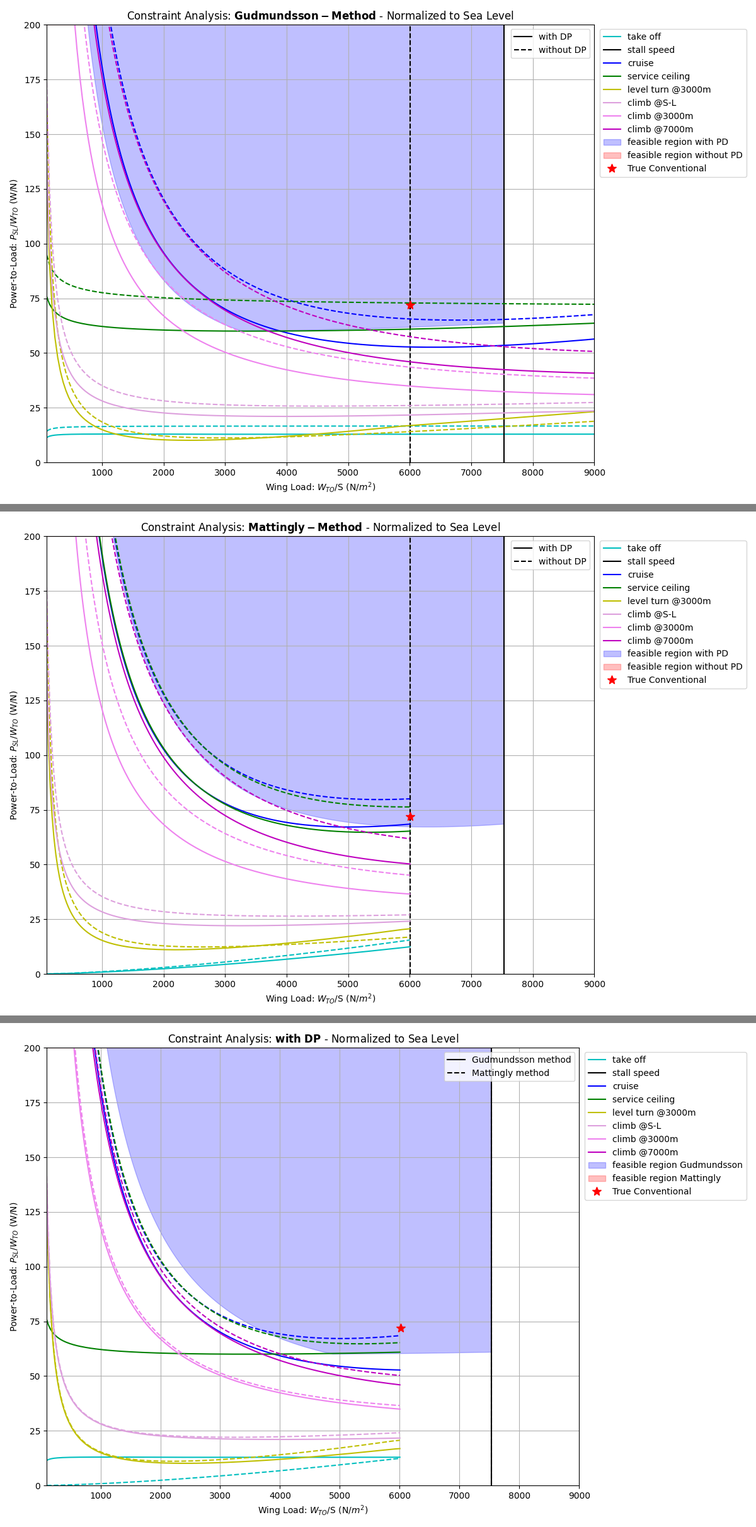
Repository: 12libao/DEA
Script's output: python Sizing_Method/ConstrainsAnalysis/ConstrainsAnalysisPD.py
These files come from the project's save history. The script's output is drawn as it stood at one moment and after the next save; the edit follows.
The pictures are shown at 63% of full size.
Each picture stacks the figures in order, with grey between them; figures that are only written to a file come last. Random numbers start from a fixed seed.

Above is the script's output before, as saved 2021-07-14 16:10:08.

### Sizing_Method/ConstrainsAnalysis/ConstrainsAnalysisPD.py
# author: Bao Li #
# Georgia Institute of Technology #
import sys
import os

sys.path.insert(0, os.getcwd())

import numpy as np
import matplotlib.pylab as plt
import Sizing_Method.Other.US_Standard_Atmosphere_1976 as atm
import Sizing_Method.Aerodynamics.ThrustLapse as thrust_lapse
import Sizing_Method.Aerodynamics.Aerodynamics as ad
import Sizing_Method.ConstrainsAnalysis.ConstrainsAnalysis as ca
from scipy.optimize import curve_fit

"""
The unit use is IS standard
"""
class ConstrainsAnalysis_Mattingly_Method_with_DP:
    """This is a power-based master constraints analysis"""

    def __init__(self, altitude, velocity, beta, wing_load, Hp=0.2, number_of_motor=12, C_DR=0):
        """

        :param beta: weight fraction
        :param Hp: P_motor/P_total
        :param n: number of motor
        :param K1: drag polar coefficient for 2nd order term
        :param K2: drag polar coefficient for 1st order term
        :param C_D0: the drag coefficient at zero lift
        :param C_DR: additional drag caused, for example, by external stores,
        braking parachutes or flaps, or temporary external hardware

        :return:
            power load: P_WTO
        """

        self.h = altitude
        self.v = velocity
        self.rho = atm.atmosphere(geometric_altitude=self.h).density()

        self.beta = beta
        self.hp = Hp
        self.n = number_of_motor

        # power lapse ratio
        self.alpha = thrust_lapse.thrust_lapse_calculation(altitude=self.h,
                                                           velocity=self.v).high_bypass_ratio_turbofan()

        self.k1 = ad.aerodynamics_without_pd(self.h, self.v).K1()
        self.k2 = ad.aerodynamics_without_pd(self.h, self.v).K2()
        self.cd0 = ad.aerodynamics_without_pd(self.h, self.v).CD_0()
        self.cdr = C_DR

        self.w_s = wing_load
        self.g0 = 9.80665

        self.coefficient = (1 - self.hp) * self.beta * self.v / self.alpha

        # Estimation of ΔCL and ΔCD
        pd = ad.aerodynamics_with_pd(self.h, self.v, Hp=self.hp, n=self.n, W_S=self.w_s)
        self.q = 0.5 * self.rho * self.v ** 2
        self.cl = self.beta * self.w_s / self.q
        # print(self.cl)
        self.delta_cl = pd.delta_lift_coefficient(self.cl)
        self.delta_cd0 = pd.delta_CD_0()

    def master_equation(self, n, dh_dt, dV_dt):
        cl = self.cl * n + self.delta_cl

        cd = self.k1 * cl ** 2 + self.k2 * cl + self.cd0 + self.cdr + self.delta_cd0
        p_w = self.coefficient * (self.q / (self.beta * self.w_s) * cd + dh_dt / self.v + dV_dt / self.g0)
        return p_w

    def cruise(self):
        p_w = ConstrainsAnalysis_Mattingly_Method_with_DP.master_equation(self, n=1, dh_dt=0, dV_dt=0)
        return p_w

    def climb(self, roc):
        p_w = ConstrainsAnalysis_Mattingly_Method_with_DP.master_equation(self, n=1, dh_dt=roc, dV_dt=0)
        return p_w

    def level_turn(self, turn_rate=3, v=100):
        """
        assume 2 min for 360 degree turn, which is 3 degree/seconds
        assume turn at 300 knots, which is about 150 m/s
        """
        load_factor = (1 + ((turn_rate * np.pi / 180) * v / self.g0) ** 2) ** 0.5
        p_w = ConstrainsAnalysis_Mattingly_Method_with_DP.master_equation(self, n=load_factor, dh_dt=0, dV_dt=0)
        return p_w

    def take_off(self):
        """
        A320neo take-off speed is about 150 knots, which is about 75 m/s
        required runway length is about 2000 m
        K_TO is a constant greater than one set to 1.2 (generally specified by appropriate flying regulations)
        """
        Cl_max_to = 2.3  # 2.3
        K_TO = 1.2  # V_TO / V_stall
        s_G = 1266
        p_w = 2 / 3 * self.coefficient / self.v * self.beta * K_TO ** 2 / (
                    s_G * self.rho * self.g0 * Cl_max_to) * self.w_s ** (
                      3 / 2)
        return p_w

    def stall_speed(self, V_stall_to=65, Cl_max_to=2.32):
        V_stall_ld = 62
        Cl_max_ld = 2.87

        a = 10
        w_s = 6000
        while a >= 1:
            cl = self.beta * w_s / self.q
            delta_cl = ad.aerodynamics_with_pd(self.h, self.v, Hp=self.hp, n=self.n, W_S=w_s).delta_lift_coefficient(cl)

            W_S_1 = 1 / 2 * self.rho * V_stall_to ** 2 * (Cl_max_to + delta_cl)
            W_S_2 = 1 / 2 * self.rho * V_stall_ld ** 2 * (Cl_max_ld + delta_cl)
            W_S = min(W_S_1, W_S_2)
            a = abs(w_s-W_S)
            w_s = W_S

        return W_S

    def service_ceiling(self, roc=0.5):
        p_w = ConstrainsAnalysis_Mattingly_Method_with_DP.master_equation(self, n=1, dh_dt=roc, dV_dt=0)
        return p_w

    allFuncs = [take_off, stall_speed, cruise, service_ceiling, level_turn, climb]


class ConstrainsAnalysis_Gudmundsson_Method_with_DP:
    """This is a power-based master constraints analysis based on Gudmundsson_method"""

    def __init__(self, altitude, velocity, beta, wing_load, Hp=0.2, number_of_motor=12, e=0.75, AR=10.3):
        """

        :param tau: power fraction of i_th power path
        :param beta: weight fraction
        :param e: wing planform efficiency factor is between 0.75 and 0.85, no more than 1
        :param AR: wing aspect ratio, normally between 7 and 10

        :return:
            power load: P_WTO
        """

        self.h = altitude
        self.v = velocity
        self.beta = beta
        self.w_s = wing_load
        self.g0 = 9.80665

        self.hp = Hp
        self.n = number_of_motor

        self.rho = atm.atmosphere(geometric_altitude=self.h).density()

        # power lapse ratio
        self.alpha = thrust_lapse.thrust_lapse_calculation(altitude=self.h,
                                                           velocity=self.v).high_bypass_ratio_turbofan()
        h = 2.43  # height of winglets
        b = 35.8
        ar_corr = AR * (1 + 1.9 * h / b)  # equation 9-88, If the wing has winglets the aspect ratio should be corrected
        self.k = 1 / (np.pi * ar_corr * e)
        self.coefficient = (1-self.hp) * self.beta * self.v / self.alpha

        # Estimation of ΔCL and ΔCD
        pd = ad.aerodynamics_with_pd(self.h, self.v, Hp=self.hp, n=self.n, W_S=self.w_s)
        self.q = 0.5 * self.rho * self.v ** 2
        cl = self.beta * self.w_s / self.q
        self.delta_cl = pd.delta_lift_coefficient(cl)
        self.delta_cd0 = pd.delta_CD_0()

        # TABLE 3-1 Typical Aerodynamic Characteristics of Selected Classes of Aircraft
        cd_min = 0.02
        cd_to = 0.03
        cl_to = 0.8

        self.v_to = 68
        self.s_g = 1480
        self.mu = 0.04

        self.cd_min = cd_min + self.delta_cd0
        self.cl = cl + self.delta_cl

        self.cd_to = cd_to + self.delta_cd0
        self.cl_to = cl_to + self.delta_cl

    def cruise(self):
        p_w = self.q / self.w_s * (self.cd_min + self.k * self.cl ** 2)
        return p_w * self.coefficient

    def climb(self, roc):
        p_w = roc / self.v + self.q * self.cd_min / self.w_s + self.k * self.cl
        return p_w * self.coefficient

    def level_turn(self, turn_rate=3, v=100):
        """
        assume 2 min for 360 degree turn, which is 3 degree/seconds
        assume turn at 100 m/s
        """
        load_factor = (1 + ((turn_rate * np.pi / 180) * v / self.g0) ** 2) ** 0.5
        q = 0.5 * self.rho * v ** 2
        p_w = q / self.w_s * (self.cd_min + self.k * (load_factor / q * self.w_s + self.delta_cl) ** 2)
        return p_w * self.coefficient

    def take_off(self):
        q = self.q / 2
        p_w = self.v_to ** 2 / (2 * self.g0 * self.s_g) + q * self.cd_to / self.w_s + self.mu * (
                1 - q * self.cl_to / self.w_s)
        return p_w * self.coefficient

    def service_ceiling(self, roc=0.5):
        vy = (2 / self.rho * self.w_s * (self.k / (3 * self.cd_min)) ** 0.5) ** 0.5
        q = 0.5 * self.rho * vy ** 2
        p_w = roc / vy + q / self.w_s * (self.cd_min + self.k * (self.w_s / q + self.delta_cl) ** 2)
        # p_w = roc / (2 / self.rho * self.w_s * (self.k / (3 * self.cd_min)) ** 0.5) ** 0.5 + 4 * (
        #         self.k * self.cd_min / 3) ** 0.5
        return p_w * self.coefficient

    def stall_speed(self, V_stall_to=65, Cl_max_to=2.32):
        V_stall_ld = 62
        Cl_max_ld = 2.87

        a = 10
        w_s = 6000
        while a >= 1:
            cl = self.beta * w_s / self.q
            delta_cl = ad.aerodynamics_with_pd(
                self.h, self.v, Hp=self.hp, n=self.n, W_S=w_s).delta_lift_coefficient(cl)

            W_S_1 = 1 / 2 * self.rho * V_stall_to ** 2 * (Cl_max_to + delta_cl)
            W_S_2 = 1 / 2 * self.rho * V_stall_ld ** 2 * (Cl_max_ld + delta_cl)
            W_S = min(W_S_1, W_S_2)
            a = abs(w_s-W_S)
            w_s = W_S

        return W_S

    allFuncs = [take_off, stall_speed, cruise, service_ceiling, level_turn, climb]


if __name__ == "__main__":
    n = 200
    w_s = np.linspace(100, 9000, n)
    constrains_name = ['take off', 'stall speed', 'cruise', 'service ceiling', 'level turn @3000m',
                       'climb @S-L', 'climb @3000m', 'climb @7000m']
    constrains = np.array([[0, 68, 0.988], [0, 80, 1], [11300, 230, 0.948],
                           [11900, 230, 0.8], [3000, 100, 0.984], [0, 100, 0.984],
                           [3000, 200, 0.975], [7000, 230, 0.96]])
    color = ['c', 'k', 'b', 'g', 'y', 'plum', 'violet', 'm']
    label = ['feasible region with PD', 'feasible region with PD', 'feasible region Gudmundsson',
             'feasible region without PD', 'feasible region without PD', 'feasible region Mattingly']
    m = constrains.shape[0]
    p_w = np.zeros([2 * m, n])

    for k in range(3):
        plt.figure(figsize=(12, 8))
        for i in range(m):
            for j in range(n):
                h = constrains[i, 0]
                v = constrains[i, 1]
                beta = constrains[i, 2]

                if k == 0:
                    problem1 = ConstrainsAnalysis_Gudmundsson_Method_with_DP(h, v, beta, w_s[j])
                    problem2 = ca.ConstrainsAnalysis_Gudmundsson_Method(h, v, beta, w_s[j])
                    plt.title(r'Constraint Analysis: $\bf{Gudmundsson-Method}$ - Normalized to Sea Level')
                elif k == 1:
                    problem1 = ConstrainsAnalysis_Mattingly_Method_with_DP(h, v, beta, w_s[j])
                    problem2 = ca.ConstrainsAnalysis_Mattingly_Method(h, v, beta, w_s[j])
                    plt.title(r'Constraint Analysis: $\bf{Mattingly-Method}$ - Normalized to Sea Level')
                else:
                    problem1 = ConstrainsAnalysis_Gudmundsson_Method_with_DP(h, v, beta, w_s[j])
                    problem2 = ConstrainsAnalysis_Mattingly_Method_with_DP(h, v, beta, w_s[j])
                    plt.title(r'Constraint Analysis: $\bf{with}$ $\bf{DP}$ - Normalized to Sea Level')

                if i >= 5:
                    p_w[i, j] = problem1.allFuncs[-1](problem1, roc=15 - 5 * (i - 5))
                    p_w[i + m, j] = problem2.allFuncs[-1](problem2, roc=15 - 5 * (i - 5))
                else:
                    p_w[i, j] = problem1.allFuncs[i](problem1)
                    p_w[i + m, j] = problem2.allFuncs[i](problem2)

            if i == 1:
                l1a, = plt.plot(p_w[i, :], np.linspace(0, 250, n), color=color[i], label=constrains_name[i])
                l1b, = plt.plot(p_w[i + m, :], np.linspace(0, 250, n), color=color[i], linestyle='--')

                if k != 2:
                    l1 = plt.legend([l1a, l1b], ['with DP', 'without DP'], loc="upper right")
                else:
                    l1 = plt.legend([l1a, l1b], ['Gudmundsson method', 'Mattingly method'], loc="upper right")

            else:
                plt.plot(w_s, p_w[i, :], color=color[i], label=constrains_name[i])
                plt.plot(w_s, p_w[i + m, :], color=color[i], linestyle='--')

        p_w[[0, 1]], p_w[[m, m+1]] = p_w[[1, 0]], p_w[[m+1, m]]
        w_s = np.linspace(100, p_w[0, 1], n)
        plt.fill_between(w_s, np.amax(p_w[1:m, :], axis=0), 200, color='b', alpha=0.25,
                         label=label[k])
        w_s = np.linspace(100, p_w[m, 1], n)
        plt.fill_between(w_s, np.amax(p_w[m:2 * m, :], axis=0), 200, color='r', alpha=0.25,
                         label=label[k + 3])
        plt.plot(6012, 72, 'r*', markersize=10, label='True Conventional')
        plt.xlabel('Wing Load: $W_{TO}$/S (N/${m^2}$)')
        plt.ylabel('Power-to-Load: $P_{SL}$/$W_{TO}$ (W/N)')
        plt.legend(bbox_to_anchor=(1.002, 1), loc="upper left")
        plt.gca().add_artist(l1)
        plt.xlim(100, 9000)
        plt.ylim(0, 200)
        plt.tight_layout()
        plt.grid()
        plt.show()

### Sizing_Method/Other/US_Standard_Atmosphere_1976.py
# author: Bao Li #
# Georgia Institute of Technology #
"""Reference:

1: U.S. Standard Atmosphere, 1976, U.S. Government Printing Office, Washington, D.C., 1976.
2: Mattingly, Jack D., William H. Heiser, and David T. Pratt. Aircraft engine design. American Institute of Aeronautics and Astronautics, 2002.
3: https://en.wikipedia.org/wiki/U.S._Standard_Atmosphere
4: https://en.wikipedia.org/wiki/Barometric_formula
"""

import numpy as np
import matplotlib.pylab as plt


class atmosphere:
    """this is the U.S. Standard Atmosphere 1976 based on the Barometric formula

    1: All of the following is limited to geometric altitudes below 86 km
    2: SI Units
    """

    def __init__(self, geometric_altitude):
        """
        :input h (m): geometric altitude

        :output P (Pa = N/m^2): pressure
                T (K): temperature
                rho (kg/m^3): density
                a (m/s): sound speed

                delta: dimensionless static pressure = P/P0
                theta: dimensionless static temperature = T/T0
                sigma: dimensionless static density = rho/rho0
        """

        # input:
        self.h = geometric_altitude

        # constant:
        self.r0 = 6356577.0  # the earth's radius (m)
        self.R_star = 8.3144598  # universal gas constant (J/mol.K)
        self.g0 = 9.80665  # gravitational acceleration (m/s^2)
        self.M = 0.0289644  # molar mass of Earth's air (kg/mol)

        # sea level (standard)
        self.T0 = 288.15  # sea level temperature (K)
        self.P0 = 101325  # sea level pressure (N/m^2)
        self.rho0 = 1.225  # sea level density (kg/m^3)
        self.a0 = 340.3  # sea level sound speed (m/s)

        # temperature lapse rate (K/m)
        self.lapse_rate = np.array([-0.0065, 0.0, 0.001, 0.0028, 0.0, -0.0028, -0.002])
        # height above sea level for each lapse rate (m)
        self.zi = np.array([0.0, 11000.0, 20000.0, 32000.0, 47000.0, 51000.0, 71000.0, 84853.0])
        # number of piecewise linear curve-fit
        self.n = len(self.lapse_rate)

    def geo_potential_altitude(self):
        z = self.r0 * self.h / (self.r0 + self.h)

        # decide the number of piecewise linear curve-fit
        i = 0
        while self.zi[i] < z:
            i = i + 1

        if i != 0:
            i = i - 1
        return z, i

    def ti(self):
        Ti = np.zeros(self.n)
        Ti[0] = self.T0

        for i in range(self.n - 1):
            Ti[i + 1] = Ti[i] + self.lapse_rate[i] * (self.zi[i + 1] - self.zi[i])
        return Ti

    def temperature(self):
        z, i = atmosphere.geo_potential_altitude(self)
        Ti = atmosphere.ti(self)
        T = Ti[i] + self.lapse_rate[i] * (z - self.zi[i])
        return T

    def pressure(self):
        Ti = atmosphere.ti(self)
        Pi = np.zeros(self.n)
        Pi[0] = self.P0

        for i in range(self.n - 1):
            if self.lapse_rate[i] != 0:
                Pi[i + 1] = Pi[i] * (Ti[i] / Ti[i + 1]) ** (self.g0 * self.M / (self.R_star * self.lapse_rate[i]))
            else:
                Pi[i + 1] = Pi[i] * np.exp(-self.g0 * self.M * (self.zi[i + 1] - self.zi[i]) / (self.R_star * Ti[i]))

        z, i = atmosphere.geo_potential_altitude(self)
        T = atmosphere.temperature(self)

        if self.lapse_rate[i] != 0:
            P = Pi[i] * (Ti[i] / T) ** (self.g0 * self.M / (self.R_star * self.lapse_rate[i]))
        else:
            P = Pi[i] * np.exp(-self.g0 * self.M * (z - self.zi[i]) / (self.R_star * Ti[i]))
        return P

    def density(self):
        P = atmosphere.pressure(self)
        T = atmosphere.temperature(self)
        rho = P * self.M / (self.R_star * T)
        return rho

    def sound_speed(self):
        T = atmosphere.temperature(self)
        a = self.a0 * (T / self.T0) ** 0.5
        return a

    def dimensionless_static_pressure(self):
        P = atmosphere.pressure(self)
        delta = P / self.P0
        return delta

    def dimensionless_static_temperature(self):
        T = atmosphere.temperature(self)
        theta = T / self.T0
        return theta

    def dimensionless_static_density(self):
        rho = atmosphere.density(self)
        sigma = rho / self.rho0
        return sigma


if __name__ == '__main__':
    nn = 1000

    h = np.linspace(0, 86000, nn)
    T = np.zeros(nn)
    P = np.zeros(nn)
    rho = np.zeros(nn)
    a = np.zeros(nn)

    for i in range(nn):
        prob = atmosphere(geometric_altitude=h[i])
        T[i] = prob.temperature()
        P[i] = prob.pressure()
        rho[i] = prob.density()
        a[i] = prob.sound_speed()

    fig, ax = plt.subplots(1, 4, figsize=(12, 10))
    st = fig.suptitle("U.S. STANDARD ATMOSPHERE (1976)", fontsize=20)

    ax[0].plot(T, h / 1000, 'b-', linewidth=1.5, label='cruise')
    ax[0].set_xlabel('Temperature: T (K)')
    ax[0].set_ylabel('Altitude: h (km)')

    ax[1].plot(a, h / 1000, 'y-', linewidth=1.5, label='turn')
    ax[1].set_xlabel('Sound Speed: a (m/s)')

    ax[2].plot(P, h / 1000, 'k-', linewidth=1.5, label='constant speed climb')
    ax[2].set_xlabel('Pressure: P (N/${m^2}$)')

    ax[3].plot(rho, h / 1000, 'g-', linewidth=1.5, label='turn')
    ax[3].set_xlabel('Density: rho (Kg/${m^3}$)')

    # shift subplots down:
    st.set_y(0.96)
    fig.subplots_adjust(top=0.90)
    plt.show()

### Sizing_Method/Aerodynamics/ThrustLapse.py
# author: Bao Li #
# Georgia Institute of Technology #
"""reference

1. Mattingly, Jack D., William H. Heiser, and David T. Pratt. Aircraft engine design. American Institute of Aeronautics and Astronautics, 2002.
"""
import sys
import os

sys.path.insert(0, os.getcwd())

import numpy as np
import matplotlib.pylab as plt
import Sizing_Method.Other.US_Standard_Atmosphere_1976 as atm
import Sizing_Method.Aerodynamics.MachNmuber as Mach


class thrust_lapse_calculation:
    """Estimation for installation losses

    1. The following algebraic equations for installed engine thrust lapse
        are based on the expected performance of advanced engines
    """

    def __init__(self, altitude, velocity):
        """

        :input h (m): altitude
               v (m/s): velocity


        :output thrust_lapse (alpha): thrust lapse ratio
        """

        self.h = altitude
        self.v = velocity

        self.gamma = 1.4  # Ratio of Specific Heats: atmospheric air ( gamma = 1.4)
        self.atoms = atm.atmosphere(self.h)
        self.M = Mach.mach(self.h, self.v).mach_number()

        self.theta = self.atoms.dimensionless_static_temperature()  # dimensionless static temperature
        self.delta = self.atoms.dimensionless_static_pressure()  # dimensionless static pressure

        self.theta_0_break = 1.072  # The Theta Break: assume = 1.0 (from reference 1: Mattingly)
        self.TR = self.theta_0_break  # The Throttle Ratio (from Equation D.6 reference 1: Mattingly)

        self.theta_0 = self.theta * (1 + 0.5 * (self.gamma - 1) * self.M ** 2)
        self.delta_0 = self.delta * (1 + 0.5 * (self.gamma - 1) * self.M ** 2) ** (self.gamma / (self.gamma - 1))

    def high_bypass_ratio_turbofan(self):
        """the engine for A320neo is a high bypass ratio turbofan

        from Equation 2.53 reference 1: Mattingly
        """

        if self.theta_0 <= self.TR:
            thrust_lapse = self.delta_0 * (1 - 0.49 * self.M ** 0.5)
        else:
            thrust_lapse = self.delta_0 * (1 - 0.49 * self.M ** 0.5 - 3 * (self.theta_0 - self.TR) / (1.5 + self.M))

        return thrust_lapse


if __name__ == '__main__':
    nn = 100
    h = [0, 500, 3000, 6000, 9000, 12000]
    v = np.linspace(0, 340, nn)
    m = np.zeros([len(h), nn])
    thrust_lapse = np.zeros([len(h), nn])

    for i in range(len(h)):
        for j in range(nn):
            m[i, j] = Mach.mach(h[i], v[j]).mach_number()
            thrust_lapse[i, j] = thrust_lapse_calculation(h[i], v[j]).high_bypass_ratio_turbofan()

    plt.figure(figsize=(8, 6))

    for i in range(len(h)):
        plt.plot(m[i, :], thrust_lapse[i, :], label=h[i])

    plt.xlabel('Mach Number')
    plt.ylabel('Thrust Ratio, T/$T_{SL}$')
    plt.title('High Bypass Turbofan Thrust Ratio versus Mach Number \n'
              'Throttle Ratio = 1.072, ISA. \n'
              'Altitude unit: meter')
    plt.xlim(0, 1)
    plt.ylim(0, 1.2)
    plt.legend(loc=0)
    plt.grid()
    plt.show()

### Sizing_Method/Aerodynamics/MachNmuber.py
# author: Bao Li #
# Georgia Institute of Technology #
import sys
import os

sys.path.insert(0, os.getcwd())

import numpy as np
import matplotlib.pylab as plt
import Sizing_Method.Other.US_Standard_Atmosphere_1976 as atm


class mach:
    """Mach Number"""

    def __init__(self, altitude, velocity):
        """

        :input h (m): altitude
               v (m/s): velocity

        :output a: Mach number
        """
        self.h = altitude
        self.v = velocity
        self.atoms = atm.atmosphere(self.h)

    def mach_number(self):
        a = self.v / self.atoms.sound_speed()
        return a

Loaded but not shown: Sizing_Method/ConstrainsAnalysis/ConstrainsAnalysis.py (274 lines, source omitted); Sizing_Method/Aerodynamics/Aerodynamics.py (177 lines, source omitted)

After the next save:
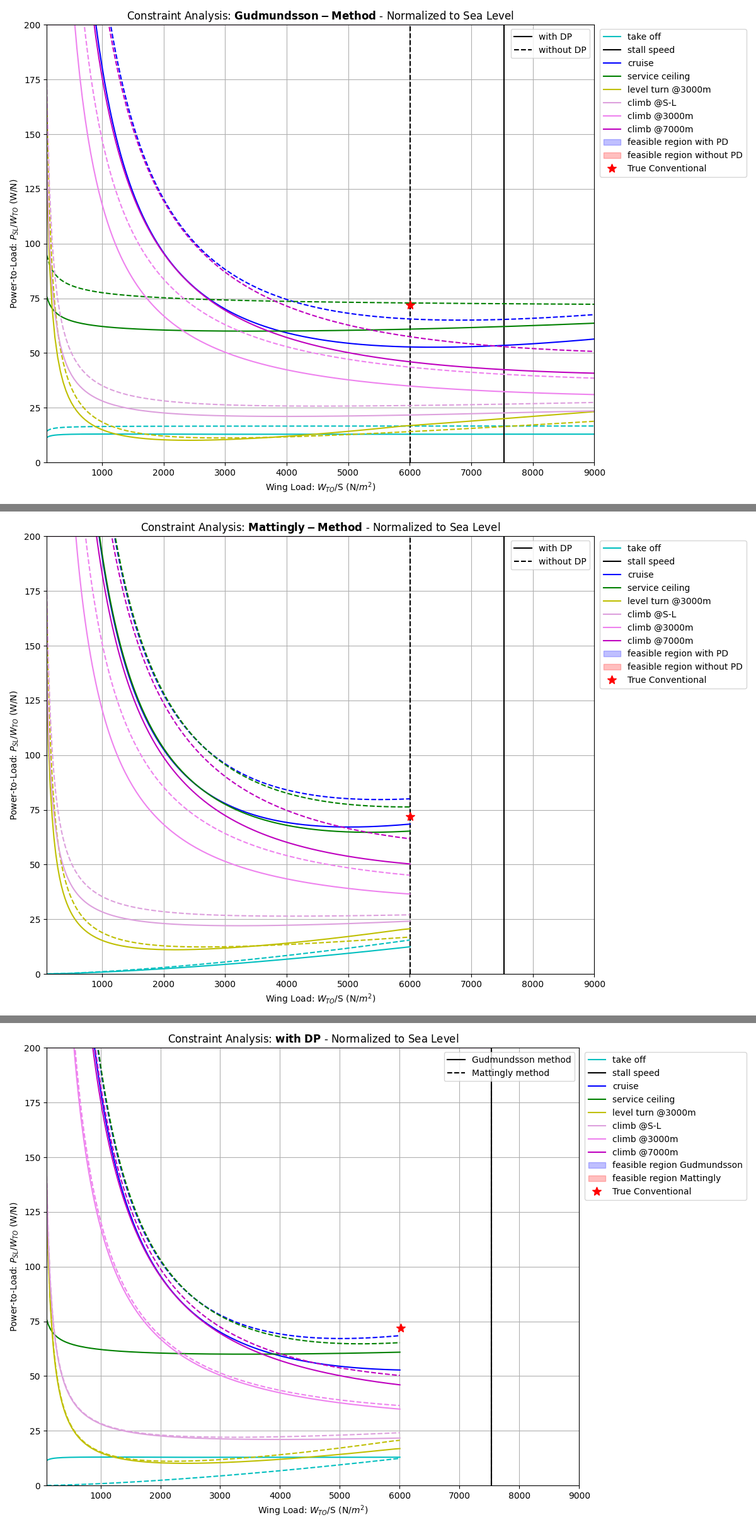
Saved 13 s later.
--- a/Sizing_Method/ConstrainsAnalysis/ConstrainsAnalysisPD.py
+++ b/Sizing_Method/ConstrainsAnalysis/ConstrainsAnalysisPD.py
@@ -296,7 +296,7 @@ if __name__ == "__main__":
 
         p_w[[0, 1]], p_w[[m, m+1]] = p_w[[1, 0]], p_w[[m+1, m]]
         w_s = np.linspace(100, p_w[0, 1], n)
-        plt.fill_between(w_s, np.amax(p_w[1:m, :], axis=0), 200, color='b', alpha=0.25,
+        plt.fill_between(w_s, np.amax(p_w[0:m, :], axis=0), 200, color='b', alpha=0.25,
                          label=label[k])
         w_s = np.linspace(100, p_w[m, 1], n)
         plt.fill_between(w_s, np.amax(p_w[m:2 * m, :], axis=0), 200, color='r', alpha=0.25,
